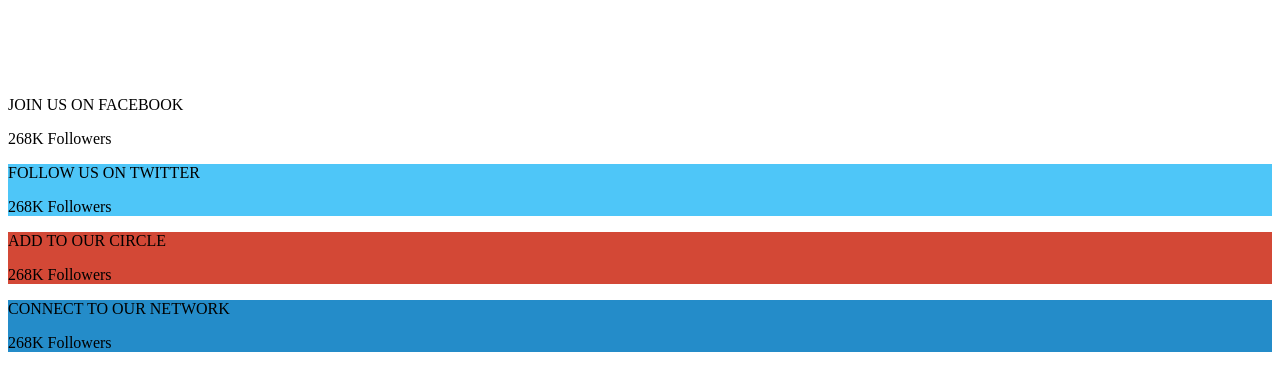
Repository: KaustubhKamat/CollaborationPlatform
Page: CollaborationFrontEnd/WebContent/Footer.html
These files come from the project's save history. The page is drawn as it stood at one moment and after the next save; the edit follows.
The browser window is 1280 px wide. The pictures show the whole page.

Above is the page before, as saved 2017-03-02 15:33:28.

After the next save:
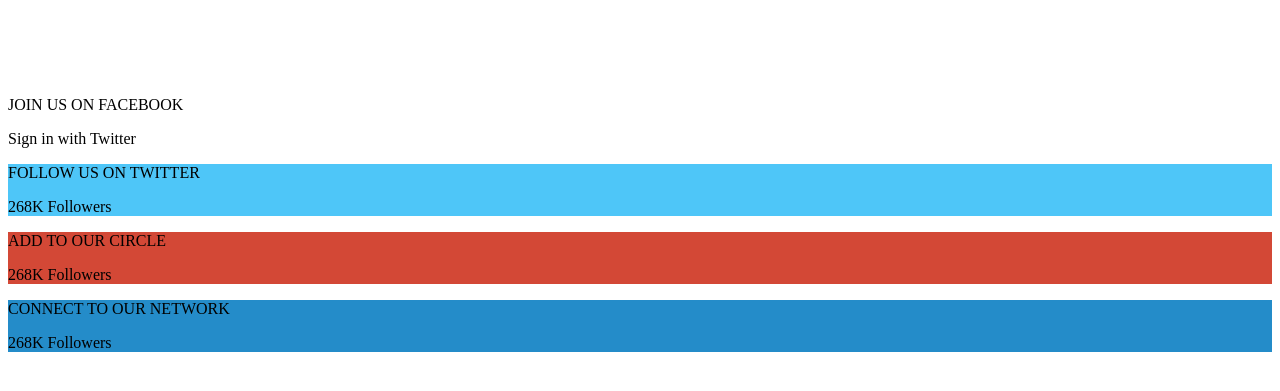
Saved 18 s later.
--- a/CollaborationFrontEnd/WebContent/Footer.html
+++ b/CollaborationFrontEnd/WebContent/Footer.html
@@ -4,7 +4,9 @@
 	<div class="col-md-3">
 				<i class="fa fa-facebook"> </i>
 				<p>JOIN US ON FACEBOOK</p>
-				<span class="followers">268K Followers</span>
+				<a class="btn btn-block btn-social btn-twitter">
+    <span class="fa fa-twitter"></span> Sign in with Twitter
+  </a>
 			</div>
 	<div class="col-md-3" style="background-color: #4ec6f8">
 				<i class="fa fa-twitter"> </i>
